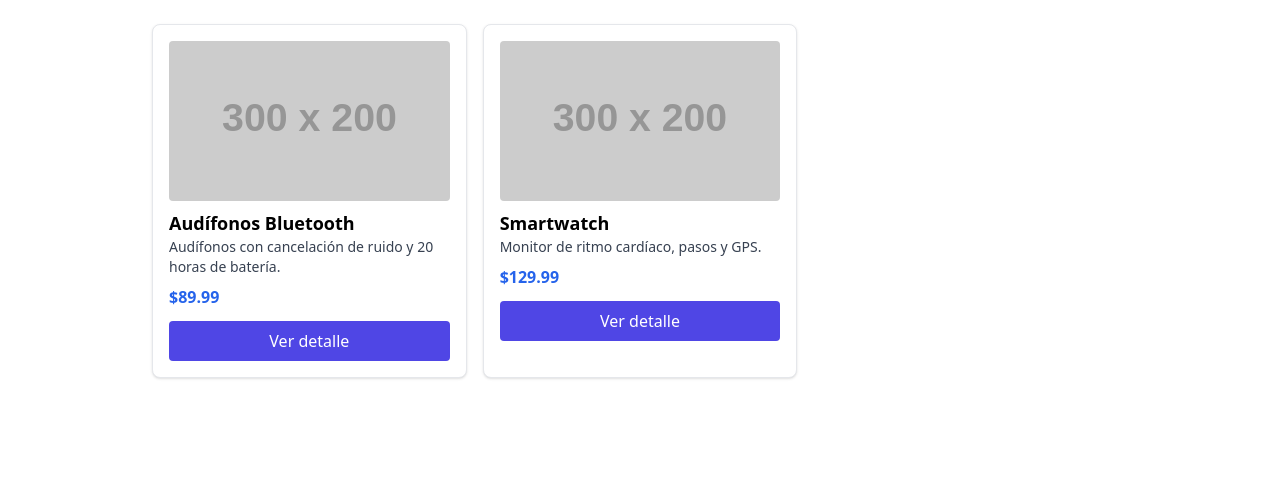
Repository: dienton82/nextjs-multifetch-demo
Page: /catalogo
The author's editor kept a copy of each file at every save. The page is drawn from the files as they stood at one save, then again after the next save.
The browser window is 1280 px wide. The pictures show the whole page.
The project was rebuilt for these pictures with package versions that can differ from the ones it lists, and the page was loaded fresh each time. The framework's server and built-in components were replaced by stand-ins that run in the browser.

Above is the page before, as saved 2025-05-28 03:51:48.

After the next save:
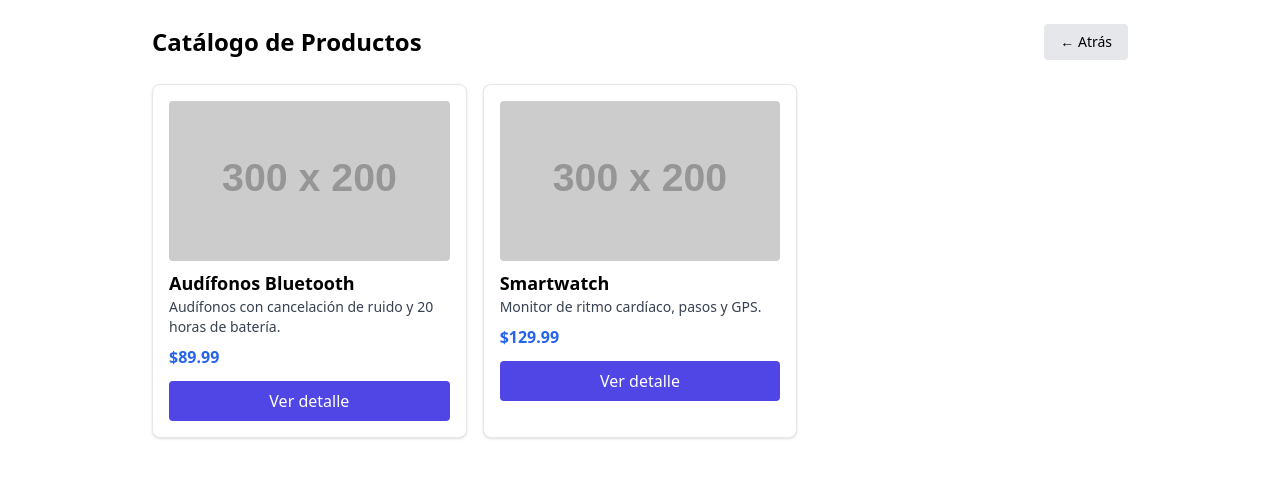
Saved 64 s later.
--- a/pages/catalogo.tsx
+++ b/pages/catalogo.tsx
@@ -1,22 +1,39 @@
-import TarjetaProducto from '../components/TarjetaProducto';
+"use client";
+
+import { useRouter } from "next/navigation";
+import TarjetaProducto from "../components/TarjetaProducto";
 
 export default function Catalogo() {
+  const router = useRouter();
+
   return (
-    <div className="p-6 max-w-5xl mx-auto grid grid-cols-1 sm:grid-cols-2 md:grid-cols-3 gap-4">
-      <TarjetaProducto
-        titulo="Audífonos Bluetooth"
-        descripcion="Audífonos con cancelación de ruido y 20 horas de batería."
-        precio={89.99}
-        imagen="https://via.placeholder.com/300x200"
-        onVerDetalle={() => alert('Ir al detalle del producto')}
-      />
-      <TarjetaProducto
-        titulo="Smartwatch"
-        descripcion="Monitor de ritmo cardíaco, pasos y GPS."
-        precio={129.99}
-        imagen="https://via.placeholder.com/300x200"
-        onVerDetalle={() => alert('Ver detalle del smartwatch')}
-      />
+    <div className="p-6 max-w-5xl mx-auto">
+      <div className="flex items-center justify-between mb-6">
+        <h1 className="text-2xl font-bold">Catálogo de Productos</h1>
+        <button
+          onClick={() => router.back()}
+          className="text-sm px-4 py-2 rounded bg-gray-200 hover:bg-gray-300 transition"
+        >
+          ← Atrás
+        </button>
+      </div>
+
+      <div className="grid grid-cols-1 sm:grid-cols-2 md:grid-cols-3 gap-4">
+        <TarjetaProducto
+          titulo="Audífonos Bluetooth"
+          descripcion="Audífonos con cancelación de ruido y 20 horas de batería."
+          precio={89.99}
+          imagen="https://via.placeholder.com/300x200"
+          onVerDetalle={() => alert("Ir al detalle del producto")}
+        />
+        <TarjetaProducto
+          titulo="Smartwatch"
+          descripcion="Monitor de ritmo cardíaco, pasos y GPS."
+          precio={129.99}
+          imagen="https://via.placeholder.com/300x200"
+          onVerDetalle={() => alert("Ver detalle del smartwatch")}
+        />
+      </div>
     </div>
   );
 }
